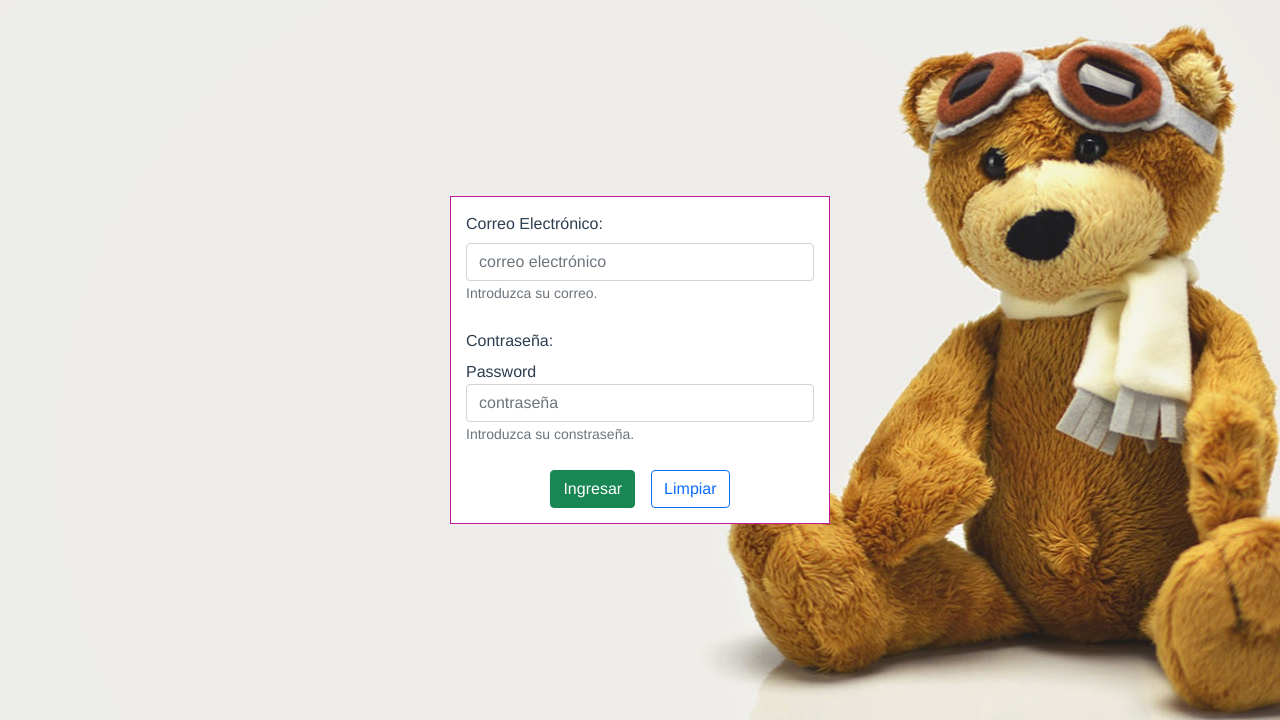
Repository: Darigo30/prueba-jugueteria
Page: /
These files come from the project's save history. The page is drawn as it stood at one moment and after the next save; the edit follows.
The browser window is 1280 px wide. The pictures show the whole page.
Some web fonts or font styles are not loaded; a fallback is used. The project was rebuilt for these pictures with package versions that can differ from the ones it lists, and the page was loaded fresh each time. Also part of the build but not shown: src/components/Editar.vue, src/components/Tabla.vue, src/components/Agregar.vue, src/views/Home.vue.

Above is the page before, as saved 2021-05-30 21:24:07.

After the next save:
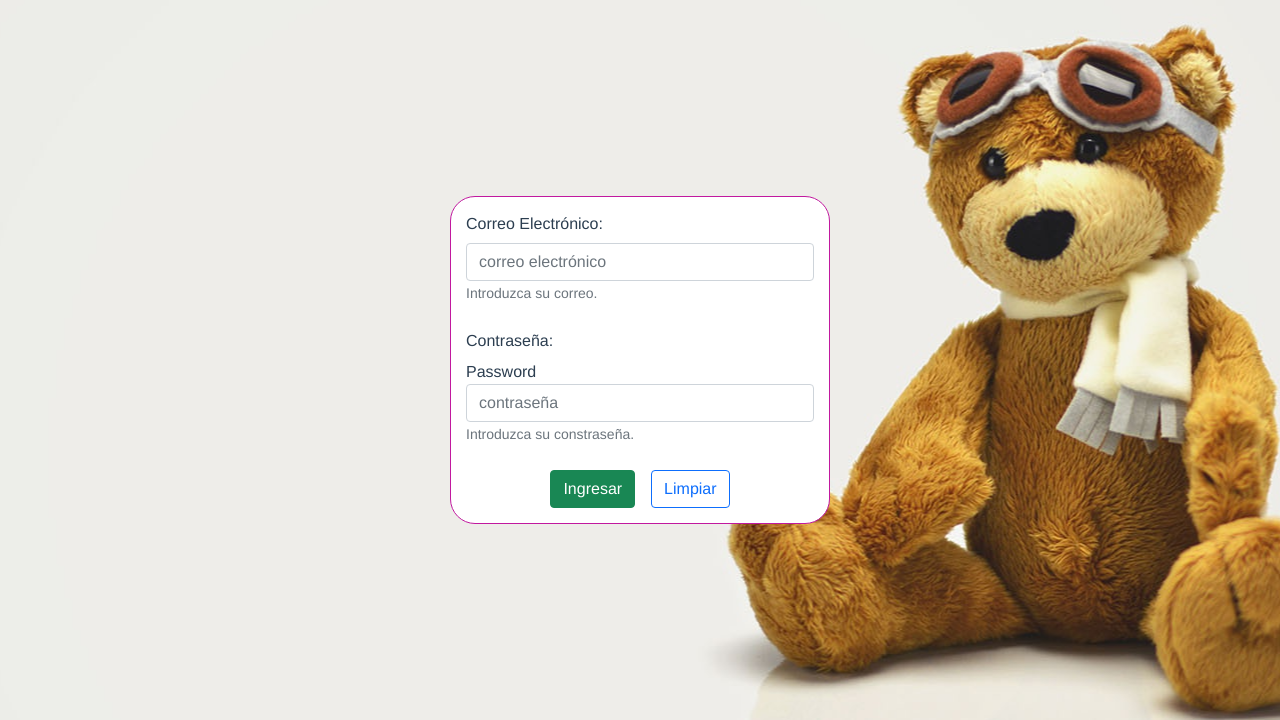
Saved 15 s later.
--- a/src/views/Login.vue
+++ b/src/views/Login.vue
@@ -90,6 +90,7 @@ export default {
   .fo{
     background: #fff;
     padding: 15px;
-    border: 1px solid #c1189f;;
+    border: 1px solid #c1189f;
+    border-radius: 25px;
   }
 </style>
